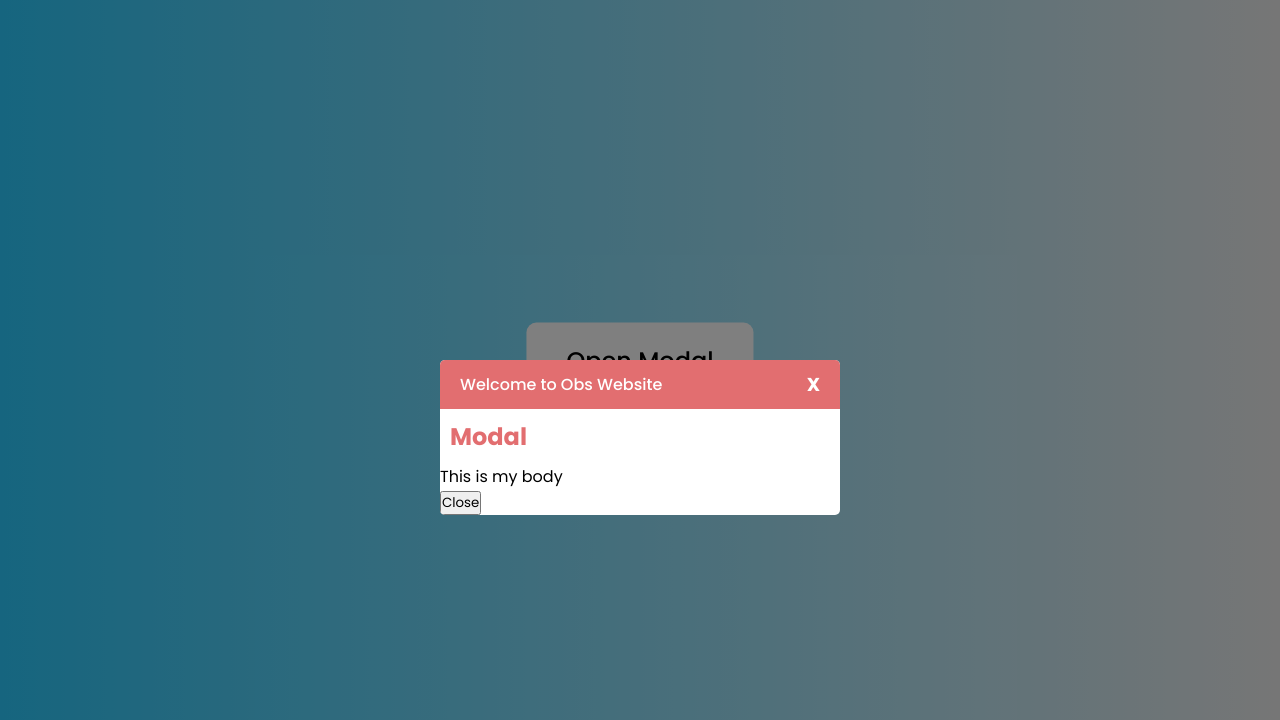
Repository: lausamtuong/Modal_card
Page: index.html
The author's editor kept a copy of each file at every save. The page is drawn from the files as they stood at one save, then again after the next save.
The browser window is 1280 px wide. The pictures show the whole page.
The style sheet was rebuilt from its Sass, Less or Tailwind sources for each picture, by a compiler version that may differ from the author's.

Above is the page before, as saved 2021-12-15 06:57:32.

### index.html
<!DOCTYPE html>
<html lang="en">
<head>
    <meta charset="UTF-8">
    <meta http-equiv="X-UA-Compatible" content="IE=edge">
    <meta name="viewport" content="width=device-width, initial-scale=1.0">
    <link rel="stylesheet" href="style.css">
    <link href="https://fonts.googleapis.com/css2?family=Poppins:wght@400;500;700&display=swap" rel="stylesheet">
    <title>Document</title>
</head>
<body>
    <button class="open__btn">Open Modal</button>
    <div class="modal">
        <div class="modal__inner">
            <div class="modal__header">
                <p>Welcome to Obs Website</p>
                <h3>X</h3>
            </div>
            <div class="modal__body">
                <h2>Modal</h2>
                <p>This is my body</p>
            </div>
            <div class="modal__footer">
                <button class="modal__close-btn">Close</button>
            </div>
        </div>
    </div>
</body>
</html>

### style.scss
*{
    margin: 0;
    padding: 0;
    box-sizing: border-box;
    font-family: 'Poppins', sans-serif;
}
:root{
    --primary-color:#e26e70;
}
body{
    height: 100vh;
    background:  linear-gradient( to right,#2cccff ,#eee );;
}
.open__btn{
     position: relative;;
   top:50%;
   left:50%;
   transform: translate(-50%,-50%);
   outline: none;
   border: none;
   padding : 20px 40px;
   font-weight: 500;
   font-size: 1.5rem;
   border-radius: 10px;
   background-color:#fff;
   &:hover{
      opacity: 0.7;
       cursor: pointer;
       transition: 0.5s;
   }
}
.modal{
    background-color: rgba(0,0,0,0.5);
    position:fixed;
    top:0;
    height: 100vh;
    width:100vw;
    &__inner{
        position:relative;
        width:400px;
        top:50%;
        margin : auto;
        background-color: #fff;
        border-radius: 5px;
        overflow:hidden;
    }
    &__header{
        display: flex;
        justify-content: space-between;
        align-items: center;
        background-color:var(--primary-color);
        padding:10px 20px;
        font-weight: 500;
        font-size: 1rem;
        color:#fff;
    }
    &__body{
        h2{
            color:var(--primary-color);
            font-weight: 700;
            font-size: 1.5rem;
            padding: 10px;
        }
    }
}

After the next save:
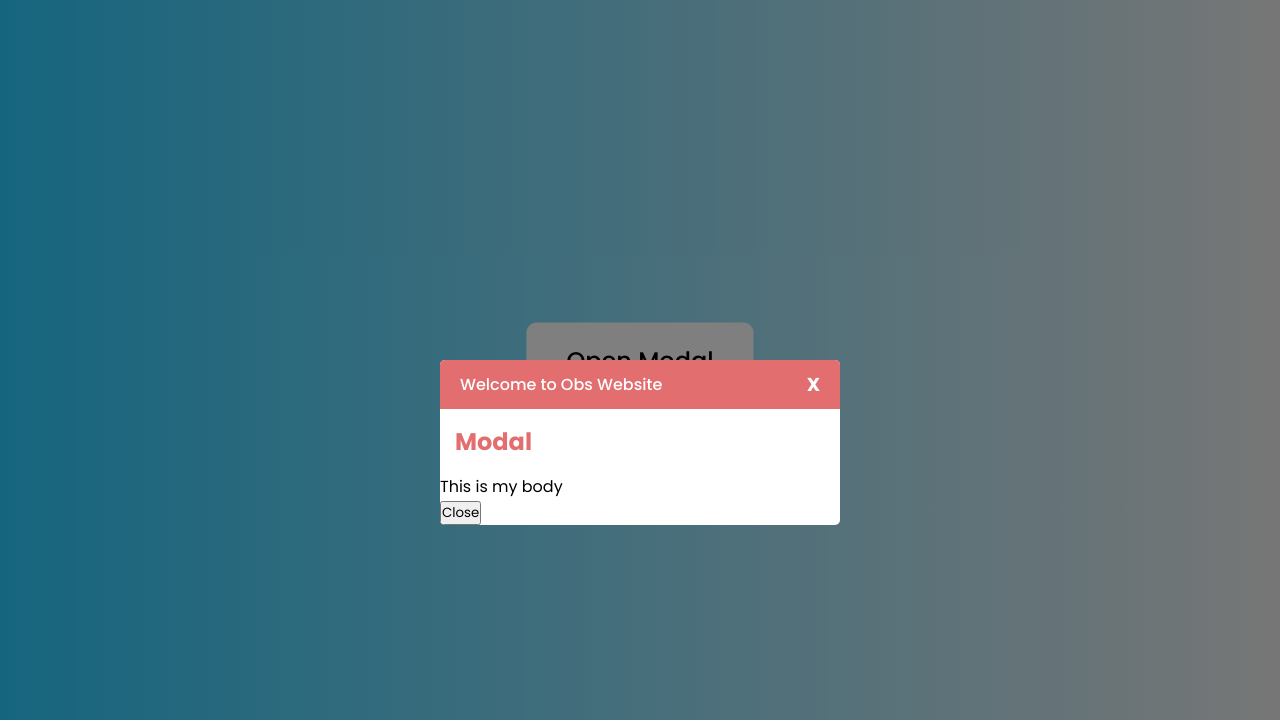
Saved 19 s later.
--- a/style.scss
+++ b/style.scss
@@ -59,7 +59,7 @@ body{
             color:var(--primary-color);
             font-weight: 700;
             font-size: 1.5rem;
-            padding: 10px;
+            padding: 15px;
         }
     }
 }
